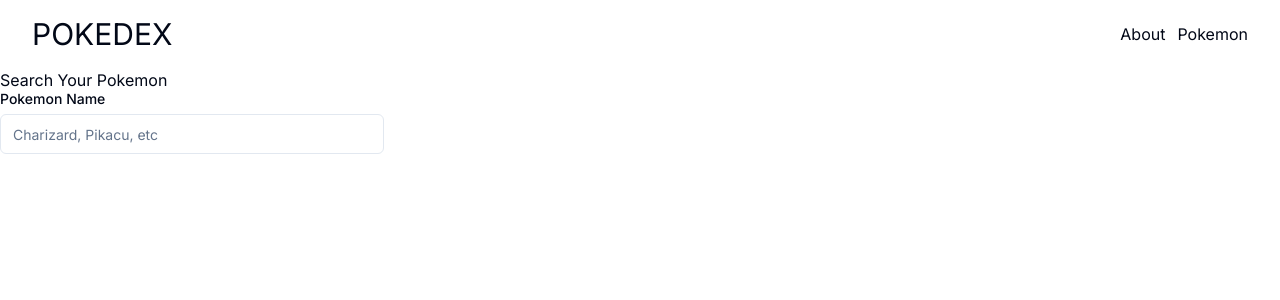
Repository: KilluaProject/pokedex
Page: /
These files come from the project's save history. The page is drawn as it stood at one moment and after the next save; the edit follows.
The browser window is 1280 px wide. The pictures show the whole page.
The project was rebuilt for these pictures with package versions that can differ from the ones it lists, and the page was loaded fresh each time. The framework's server and built-in components were replaced by stand-ins that run in the browser. Also part of the build but not shown: next.config.js.

Above is the page before, as saved 2023-07-01 16:23:18.

### app/layout.tsx
import Navbar from '@/components/Navbar'
import './globals.css'
import { Inter } from 'next/font/google'

const inter = Inter({ subsets: ['latin'] })

export const metadata = {
  title: 'Create Next App',
  description: 'Generated by create next app',
}

export default function RootLayout({
  children,
}: {
  children: React.ReactNode
}) {
  return (
    <html lang="en">
      <body className={inter.className}>

        <Navbar/>

        {children}


        </body>
    </html>
  )
}

### app/page.tsx
import PokemonGrid from "@/components/pokemonGrid";



export default function Home() {
  return (
    <main>
      <PokemonGrid/>
    </main>
  )
}

### components/Navbar.tsx
import Link from 'next/link'
import React from 'react'

export default function Navbar() {
  return (
    <div className="flex container justify-between mx-auto item-center py-4 ">

        <Link href="/">

        <h1 className="text-3xl">POKEDEX</h1>

        </Link>

        <div className="flex justify-center items-center gap-3">
            <Link href="/about">About</Link>
            <Link href="/pokemon">Pokemon</Link>
        </div>


    </div>
  )
}

### components/pokemonGrid.tsx
"use client"

import React from 'react'

import { useState } from 'react'
import { Label } from './ui/label'
import { Input } from './ui/input'

export default function PokemonGrid() {
    const [searchText, setSearchText] = useState("")

  return (
    <div>
        <h3>Search Your Pokemon</h3>
        <div className="w-full grid max-w-sm items-center gap-2">
        <Label htmlFor="pokemonName">Pokemon Name</Label>
        <Input
        type="text"
        value={searchText}
        id="pokemonName"
        placeholder="Charizard, Pikacu, etc"
        onChange={(e) => setSearchText(e.target.value)}


        />

        </div>
    </div>
  )
}

### components/ui/label.tsx
"use client"

import * as React from "react"
import * as LabelPrimitive from "@radix-ui/react-label"
import { cva, type VariantProps } from "class-variance-authority"

import { cn } from "@/lib/utils"

const labelVariants = cva(
  "text-sm font-medium leading-none peer-disabled:cursor-not-allowed peer-disabled:opacity-70"
)

const Label = React.forwardRef<
  React.ElementRef<typeof LabelPrimitive.Root>,
  React.ComponentPropsWithoutRef<typeof LabelPrimitive.Root> &
    VariantProps<typeof labelVariants>
>(({ className, ...props }, ref) => (
  <LabelPrimitive.Root
    ref={ref}
    className={cn(labelVariants(), className)}
    {...props}
  />
))
Label.displayName = LabelPrimitive.Root.displayName

export { Label }

### components/ui/input.tsx
import * as React from "react"

import { cn } from "@/lib/utils"

export interface InputProps
  extends React.InputHTMLAttributes<HTMLInputElement> {}

const Input = React.forwardRef<HTMLInputElement, InputProps>(
  ({ className, type, ...props }, ref) => {
    return (
      <input
        type={type}
        className={cn(
          "flex h-10 w-full rounded-md border border-input bg-background px-3 py-2 text-sm ring-offset-background file:border-0 file:bg-transparent file:text-sm file:font-medium placeholder:text-muted-foreground focus-visible:outline-none focus-visible:ring-2 focus-visible:ring-ring focus-visible:ring-offset-2 disabled:cursor-not-allowed disabled:opacity-50",
          className
        )}
        ref={ref}
        {...props}
      />
    )
  }
)
Input.displayName = "Input"

export { Input }

Loaded but not shown: app/globals.css (common file); lib/utils.ts (common file); tailwind.config.js (common file)

After the next save:
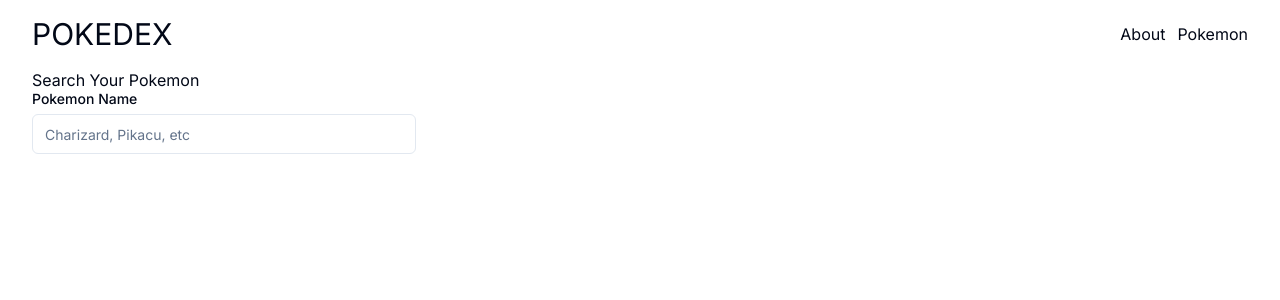
Saved 16 s later.
--- a/app/page.tsx
+++ b/app/page.tsx
@@ -4,7 +4,7 @@
 
 export default function Home() {
   return (
-    <main>
+    <main className="container">
       <PokemonGrid/>
     </main>
   )
